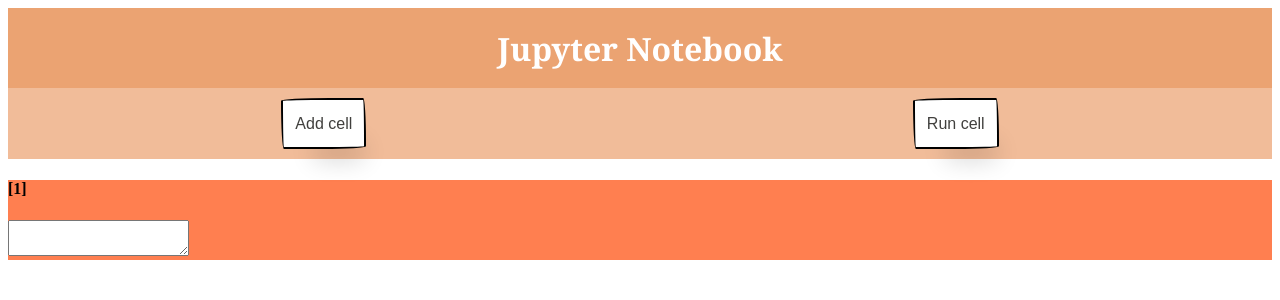
Repository: lingzi-liu/jupyter_notebook_prototype
Page: http://localhost/
The author's editor kept a copy of each file at every save. The page is drawn from the files as they stood at one save, then again after the next save.
The browser window is 1280 px wide. The pictures show the whole page.
The page is served by the project's application, run on Flask 3 (app.py).

Above is the page before, as saved 2022-11-13 03:23:47.

After the next save:
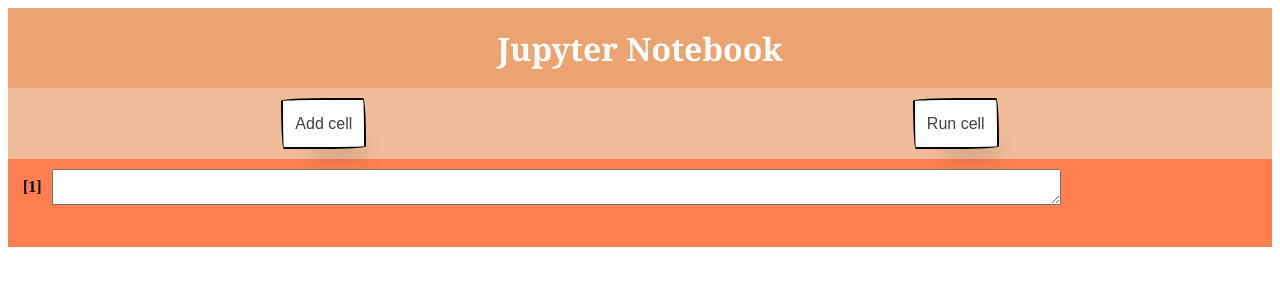
Saved 42 s later.
--- a/static/styles/style.css
+++ b/static/styles/style.css
@@ -60,7 +60,7 @@
   box-shadow: rgba(0, 0, 0, .3) 2px 8px 4px -6px;
 }
 
-#cell-list cell {
+#cell-list .cell {
   background-color: rgba(228, 126, 58, 0.575);
   padding: 10px 5px;
   align-items: center;
@@ -68,21 +68,21 @@
   flex-flow: row wrap;
 }
 
-#cell-list cell:hover {
+#cell-list .cell:hover {
   background-color: rgba(57, 35, 20, 0.516);
 }
 
-#cell-list cell h4 {
+#cell-list .cell h4 {
   display: inline-block;
   margin: 0;
   padding: 0 10px;
 }
 
-#cell-list cell textarea {
+#cell-list .cell textarea {
   width: 80%;
 }
 
-#cell-list cell p {
+#cell-list .cell p {
   width: 100%;
   margin-left: 40px;
 }
